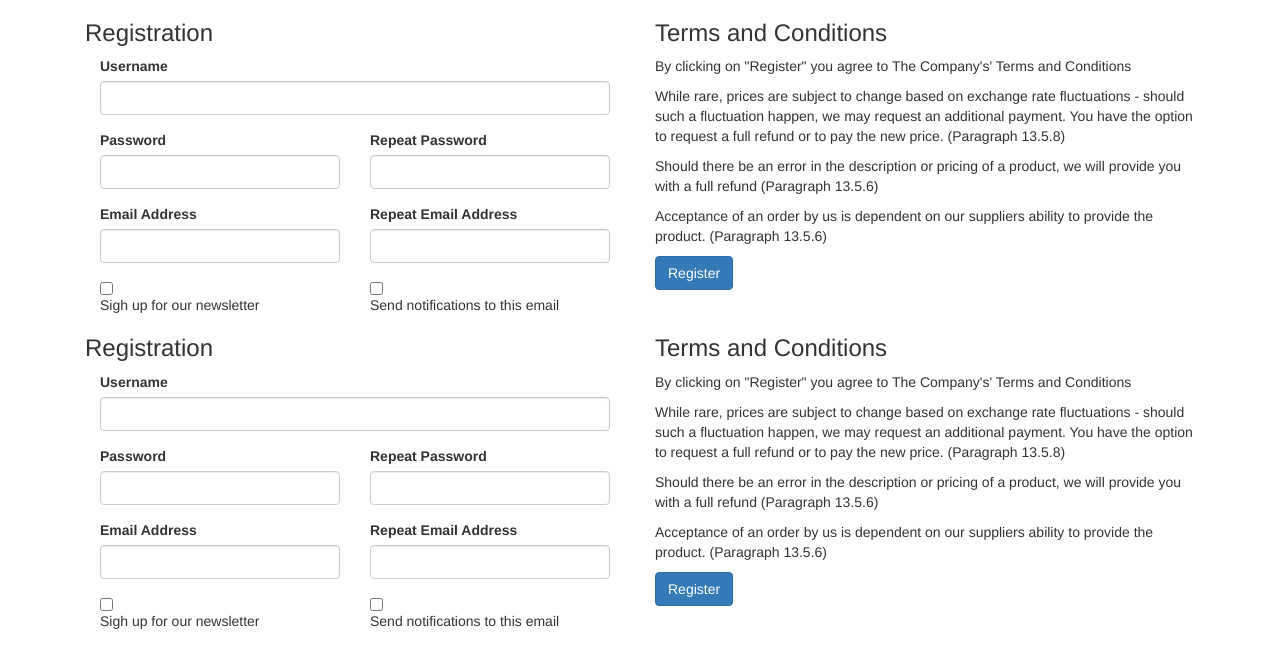
Repository: mrahulbisht/Wheelskart-Project
Page: http://localhost/WheelskartFrontEnd/RegistrationPage
An editor plug-in stored every save of this project. The page is shown before and after the next save, followed by the edit.
The browser window is 1280 px wide. The pictures show the whole page.
Some web libraries are served in a nearby version. The page is served by Tomcat 9.

Above is the page before, as saved 2017-04-18 07:45:57.

After the next save:
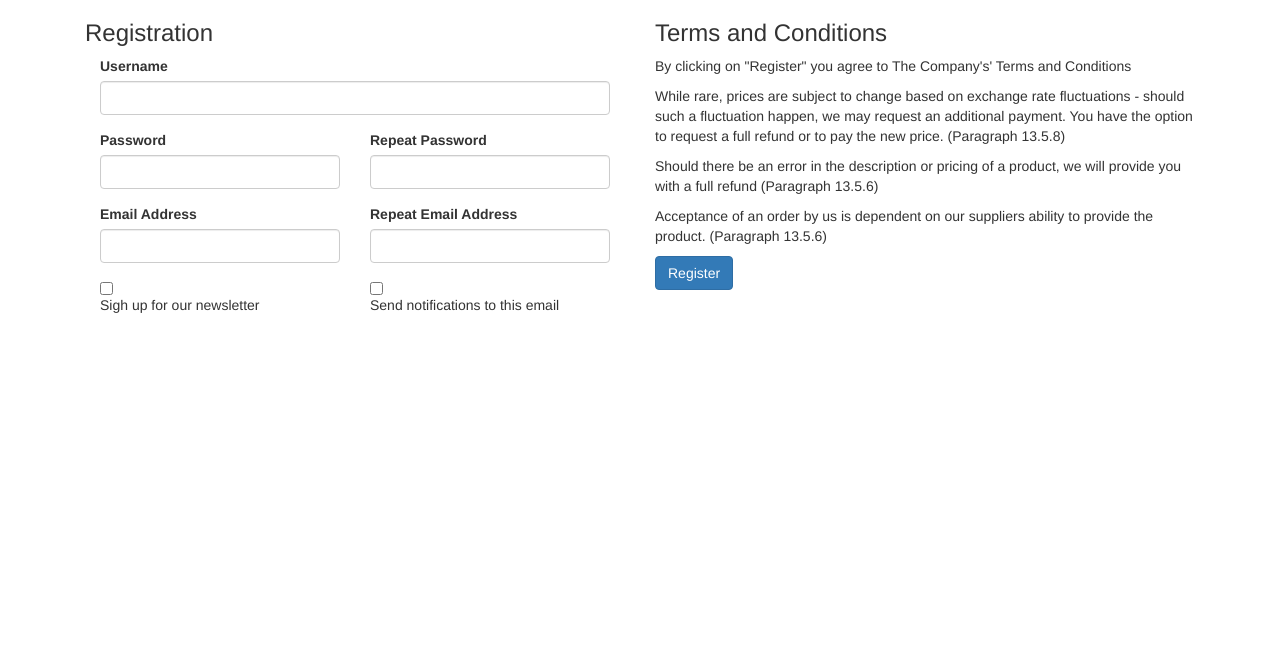
Saved 2 min 6 s later.
--- a/project/WheelskartFrontEnd/src/main/webapp/WEB-INF/views/Registration.jsp
+++ b/project/WheelskartFrontEnd/src/main/webapp/WEB-INF/views/Registration.jsp
@@ -72,67 +72,6 @@
 			</div>
 		</div>
 	</section>
-</div><div class="container-fluid">
-    <section class="container">
-		<div class="container-page">
-			<div class="col-md-6">
-				<h3 class="dark-grey">Registration</h3>
-
-				<div class="form-group col-lg-12">
-					<label>Username</label>
-					<input type="" name="" class="form-control" id="" value="">
-				</div>
-
-				<div class="form-group col-lg-6">
-					<label>Password</label>
-					<input type="password" name="" class="form-control" id="" value="">
-				</div>
-
-				<div class="form-group col-lg-6">
-					<label>Repeat Password</label>
-					<input type="password" name="" class="form-control" id="" value="">
-				</div>
-
-				<div class="form-group col-lg-6">
-					<label>Email Address</label>
-					<input type="" name="" class="form-control" id="" value="">
-				</div>
-
-				<div class="form-group col-lg-6">
-					<label>Repeat Email Address</label>
-					<input type="" name="" class="form-control" id="" value="">
-				</div>
-
-				<div class="col-sm-6">
-					<input type="checkbox" class="checkbox" />Sigh up for our newsletter
-				</div>
-
-				<div class="col-sm-6">
-					<input type="checkbox" class="checkbox" />Send notifications to this email
-				</div>
-
-			</div>
-
-			<div class="col-md-6">
-				<h3 class="dark-grey">Terms and Conditions</h3>
-				<p>
-					By clicking on "Register" you agree to The Company's' Terms and Conditions
-				</p>
-				<p>
-					While rare, prices are subject to change based on exchange rate fluctuations -
-					should such a fluctuation happen, we may request an additional payment. You have the option to request a full refund or to pay the new price. (Paragraph 13.5.8)
-				</p>
-				<p>
-					Should there be an error in the description or pricing of a product, we will provide you with a full refund (Paragraph 13.5.6)
-				</p>
-				<p>
-					Acceptance of an order by us is dependent on our suppliers ability to provide the product. (Paragraph 13.5.6)
-				</p>
-
-				<button type="submit" class="btn btn-primary">Register</button>
-			</div>
-		</div>
-	</section>
 </div>
 </body>
 </html>
